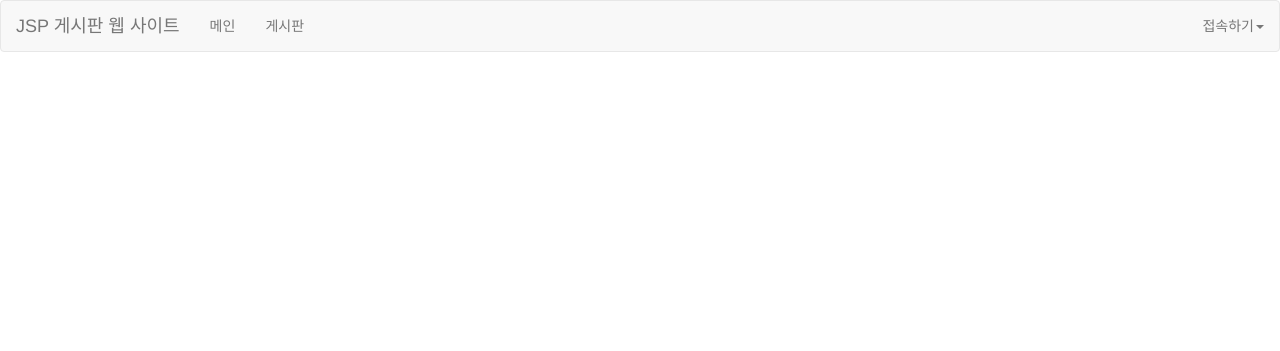
Repository: tykwon97/JSP
Page: http://localhost/BBS/bbs.jsp
The author's editor kept a copy of each file at every save. The page is drawn from the files as they stood at one save, then again after the next save.
The browser window is 1280 px wide. The pictures show the whole page.
Some web libraries are served in a nearby version. The page is served by Tomcat 9. Other server files are loaded and not shown.

Above is the page before, as saved 2021-01-25 08:35:32.

### projects/BBS/WebContent/bbs.jsp
<%@ page language="java" contentType="text/html; charset=UTF-8"
    pageEncoding="UTF-8"%>
<!DOCTYPE html>
<html>
<head>
<meta charset="UTF-8">
<meta name = "viewport", content="width=device-width", initial-scale="1">
<link rel="stylesheet" href="css/bootstrap.css">
<title>JSP 게시판 웹 사이트</title>
</head>
<body>
	<nav class="navbar navbar-default">
		<div class="navbar-header">
			<button type="button" class="navbar-toggle collapsed" data-toggle="collapse" data-target="#bs-example-navbar-collapse-1"
			aria-expanded="false">
			<span calss="icon-bar"></span>
			<span calss="icon-bar"></span>
			<span calss="icon-bar"></span>
			</button>
			<a class="navbar-brand" href="main.jsp">JSP 게시판 웹 사이트</a>
		</div>
		<div class="collapse navbar-collapse" id = "bs-example-navbar-collapse-1">
			<ul class="nav navbar-nav">
				<li><a href="main.jsp">메인</a></li>
				<li><a href="bbs.jsp">게시판</a></li>
			</ul>
			<ul class="nav navbar-nav navbar-right">
				<li class = "dropdown">
					<a href="#" class = "dropdown-toggle" data-toggle = "dropdown" role = "button" aria-haspopup="true" aria-expanded="false">
					접속하기<span class="caret"></span> <!-- 아이콘 -->
					</a>
					<ul class="dropdown-menu">
						<li class="active"><a href="login.jsp">로그인</a></li> <!-- class="active" : 현재 선택이 됨 -->
						<li ><a href="join.jsp">회원가입</a></li>
					</ul>
				</li>

			</ul>
		</div>
	</nav>
	<script src="https://code.jquery.com/jquery-3.1.1.min.js"></script>
	<script src="js/bootstrap.js"></script>
</body>
</html>

Loaded but not shown: projects/BBS/WebContent/css/bootstrap.css (library); projects/BBS/WebContent/js/bootstrap.js (library)

After the next save:
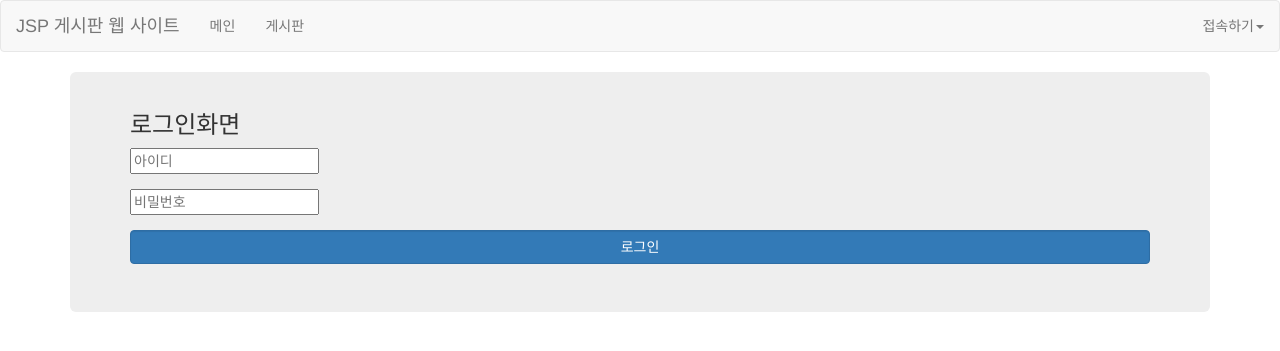
Saved 6 min 16 s later.
--- a/projects/BBS/WebContent/bbs.jsp
+++ b/projects/BBS/WebContent/bbs.jsp
@@ -38,6 +38,24 @@
 			</ul>
 		</div>
 	</nav>
+
+	<div class="container">
+		<div class ="col-lg-4"></div>
+		<div class ="col-lg-4"></div>
+			<div class="jumbotron" style="padding-top : 20px;">
+				<form method="post" action="loginAction.jsp">
+					<h3 style = "text-align;center;">로그인화면</h3>
+					<div class ="form-group">
+						<input type="text" calss="form-control" placeholder="아이디" name = "userID" maxlength="20">
+					</div>
+					<div class ="form-group">
+						<input type="password" calss="form-control" placeholder="비밀번호" name = "userPassword" maxlength="20">
+					</div>
+					<input type="submit" class="btn btn-primary form-control" value="로그인">
+				</form>
+			</div>
+		<div class ="col-lg-4"></div>
+	</div>
 	<script src="https://code.jquery.com/jquery-3.1.1.min.js"></script>
 	<script src="js/bootstrap.js"></script>
 </body>
